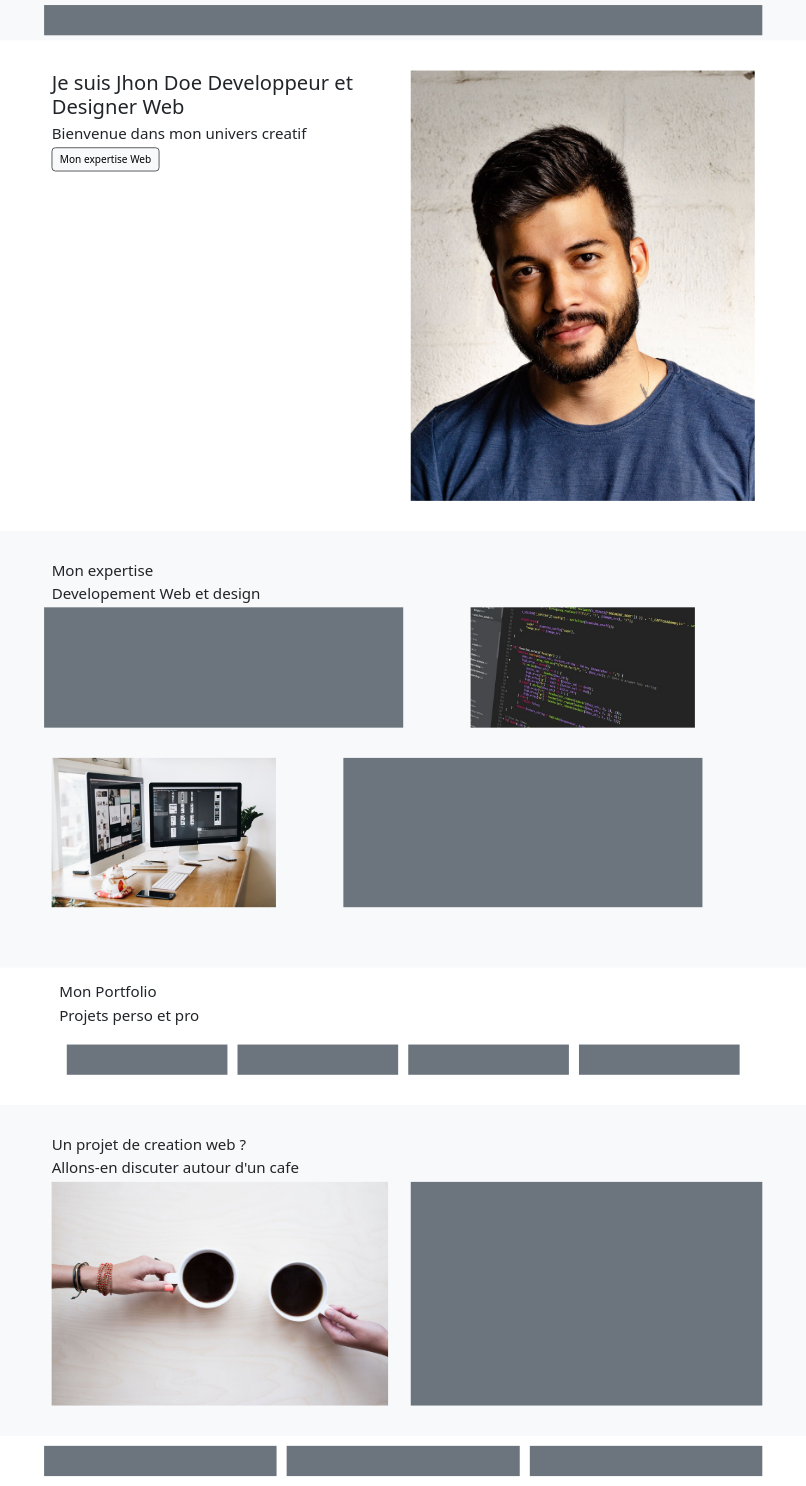
Repository: wadelfadill/Bootstrap_tache_1_portfolio
Page: index.html
The author's editor kept a copy of each file at every save. The page is drawn from the files as they stood at one save, then again after the next save.
The browser window is 1280 px wide. The pictures show the whole page, at 63% of full size.

Above is the page before, as saved 2023-03-28 10:19:30.

### index.html
<!DOCTYPE html>
<html lang="en">
<head>
    <meta charset="UTF-8">
    <meta http-equiv="X-UA-Compatible" content="IE=edge">
    <meta name="viewport" content="width=device-width, initial-scale=1.0">
    <title>Portfolio_Bootstrap</title>
    <link href="https://cdn.jsdelivr.net/npm/bootstrap@5.3.0-alpha2/dist/css/bootstrap.min.css" rel="stylesheet" integrity="sha384-aFq/bzH65dt+w6FI2ooMVUpc+21e0SRygnTpmBvdBgSdnuTN7QbdgL+OapgHtvPp" crossorigin="anonymous">
    <link rel="stylesheet" href="style.css">
</head>
<body>
    <header>
        <nav class="navbar bg-light container-fluid">
            <div class="container bg-secondary py-4">

            </div>
        </nav>
    </header>
    <main>
        <section class="my-5">
            <div class="container">
                <div class="row">
                    <div class="col-6">
                        <p class="h2">Je suis Jhon Doe Developpeur et Designer Web</p>
                        <p class="h4">Bienvenue dans mon univers creatif</p>
                        <a class="btn btn-light border-black" href="#" role="button">Mon expertise Web</a>

                    </div>
                    <div class="col-6">
                        <img src="img/portrait.jpg" alt="profile de Jhon Doe" class="w-100">
                    </div>
                </div>
            </div>
        </section>
        <section>
            <div class="container-fluid bg-light py-5 mt-5">
                <div class="container ">
                 <p class="h4">Mon expertise</p>
                 <p class="h4">Developement Web et design</p>
                <div class="row">
                    <div class="col-6 bg-secondary">

                    </div>
                    <div class="col-4 offset-1">
                        <img src="img/code.jpg" alt="" class="w-100">
                    </div>
                </div>
                <div class="row my-5">
                    <div class="col-4">
                        <img src="img/design.jpg" alt="" class="w-100">
                    </div>
                    <div class="col-6 bg-secondary offset-1">

                    </div>
                </div>
             </div>
            </div>

        </section>
        <section class="container">
            <div class="container my-4">
                <p class="h4">Mon Portfolio</p>
                <p class="h4">Projets perso et pro</p>
                <div class="row gap-3 p-4">
                    <div class="col bg-secondary py-4"></div>
                    <div class="col bg-secondary py-4"></div>
                    <div class="col bg-secondary py-4"></div>
                    <div class="col bg-secondary py-4"></div>
                </div>
            </div>
        </section>
        <section class="p-5 bg-light">
            <div class="container">
                <p class="h4">Un projet de creation web ?</p>
                <p class="h4">Allons-en discuter autour d'un cafe</p>
                <div class="row gap-4">
                    <div class="col">
                        <img src="img/grab-a-coffee.jpg" class="w-100" alt="">
                    </div>
                    <div class="col bg-secondary"></div>
                </div>
            </div>
        </section>
    </main>
    <footer>
        <div class="container">
            <div class="row gap-3 py-3">
                <div class="col p-4 bg-secondary"></div>
                <div class="col p-4 bg-secondary"></div>
                <div class="col p-4 bg-secondary"></div>
            </div>
        </div>
    </footer>


</body>
</html>

Loaded but not shown: style.css (no stored copy; drawn as an empty file)

After the next save:
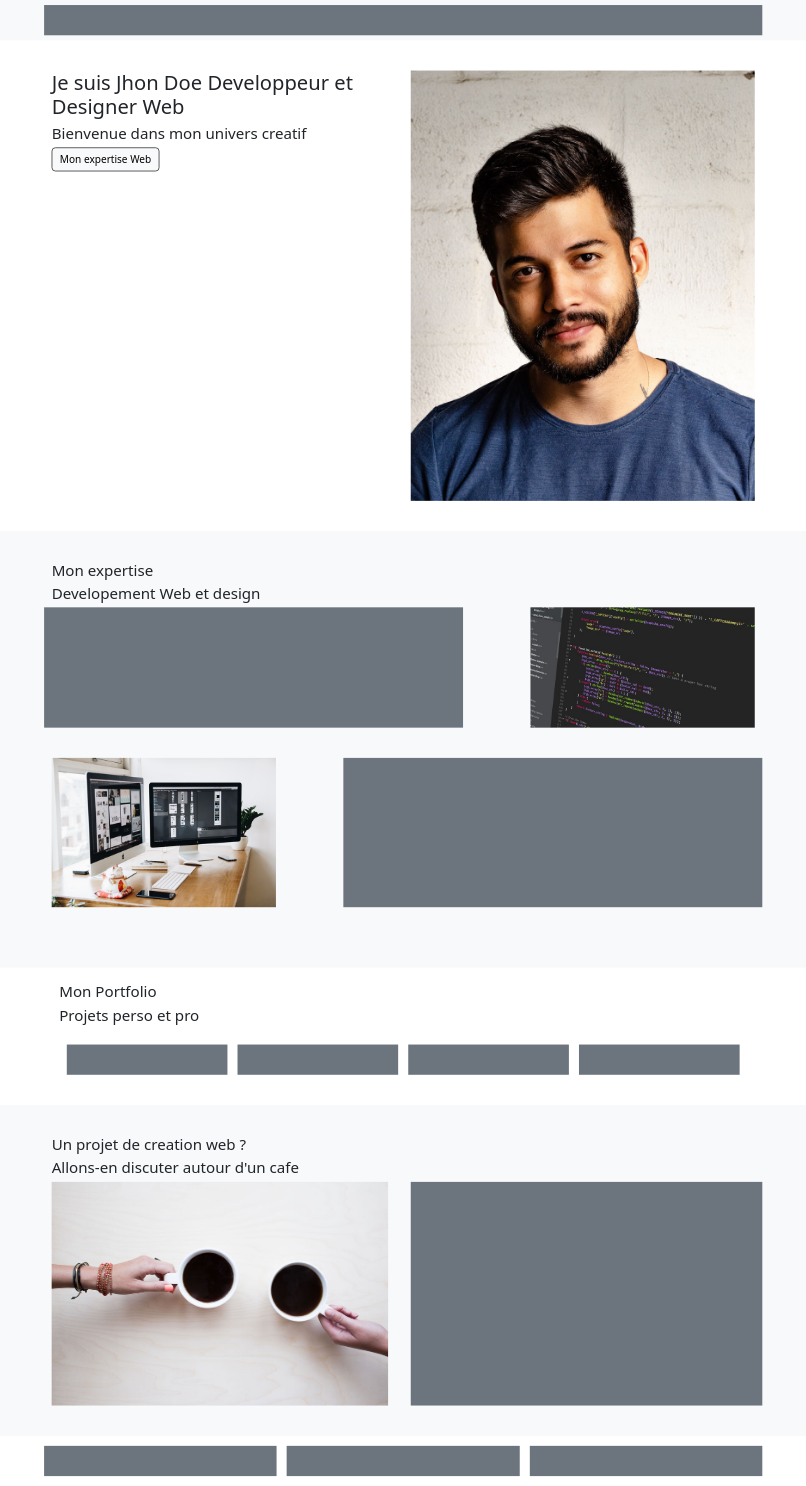
Saved 30 s later.
--- a/index.html
+++ b/index.html
@@ -38,7 +38,7 @@
                  <p class="h4">Mon expertise</p>
                  <p class="h4">Developement Web et design</p>
                 <div class="row">
-                    <div class="col-6 bg-secondary">
+                    <div class="col-7 bg-secondary">
 
                     </div>
                     <div class="col-4 offset-1">
@@ -49,7 +49,7 @@
                     <div class="col-4">
                         <img src="img/design.jpg" alt="" class="w-100">
                     </div>
-                    <div class="col-6 bg-secondary offset-1">
+                    <div class="col-7 bg-secondary offset-1">
 
                     </div>
                 </div>
